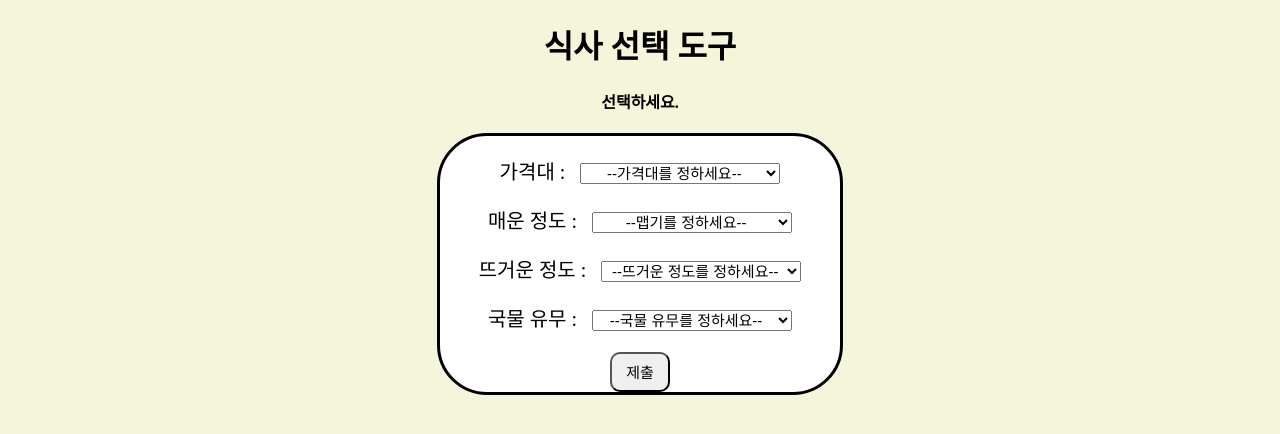
Repository: kimgh06/JavaWeb
Page: http://localhost/what/
These files come from the project's save history. The page is drawn as it stood at one moment and after the next save; the edit follows.
The browser window is 1280 px wide. The pictures show the whole page.
The page is served by Tomcat 9.

Above is the page before, as saved 2022-11-04 01:23:40.

After the next save:
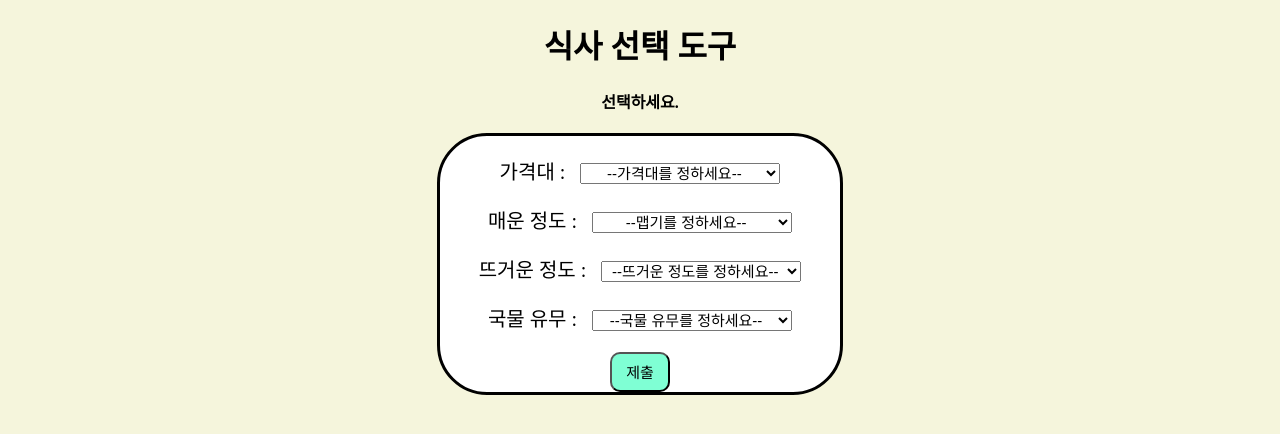
Saved 37 s later.
--- a/what/src/main/webapp/main.css
+++ b/what/src/main/webapp/main.css
@@ -39,4 +39,5 @@ body{
 	height: 40px;
 	border-radius: 10px;
 	font-size: 15px;
+	background-color: aquamarine;
 }
